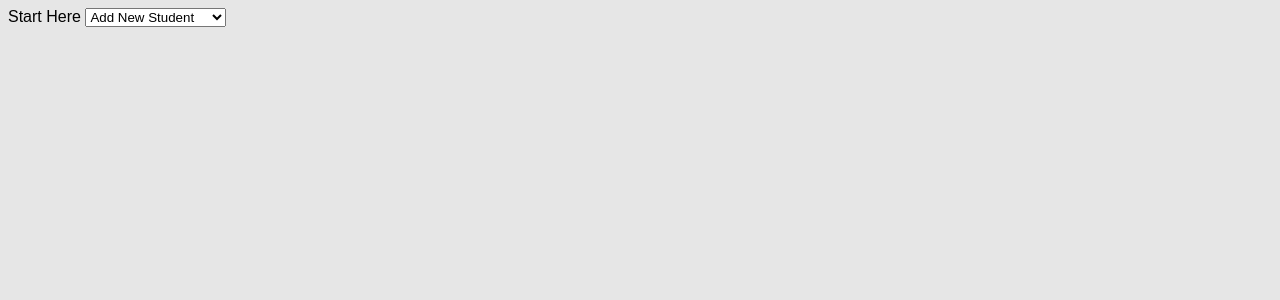
Repository: beremts12/AddStudent_site
Page: startHere_index.html
The author's editor kept a record of every edit. The page is drawn from the files as they stood at one moment, then again after the next edit.
The browser window is 1280 px wide. The pictures show the whole page.

Above is the page before.
Console error: SyntaxError: missing ) after argument list

### startHere_index.html
<!DOCTYPE html>
<html lang="en">
    <head>
        <meta charset="utf-8">
        <link rel="stylesheet" href="style.css" type="text/css" />
        <link rel="stylesheet" href="styles/jquery-ui.min.css" /> <!-- css ui core library v.1.11.4-->

    <script src="scripts/jquery.js"></script><!-- javascript core library, must initialize before ui library v.1.11.4-->
    <script src="scripts/jquery-ui.min.js"></script>
        <title>Search Here</title>
        <script type="text/javascript" src="/scripts/startMenu.js"></script>

</head>
<body>
    <form action="input.php" method="post">
    <label for="menu">Start Here<label>
    <select name="files" id=menu>
        <optgroup label="Forms">
            <option value="Add New Student">Add New Student

            </option>

        </optgroup>

    </select>






</body>
</html

### style.css
body {
	font-family: Arial;
	background-color: rgb(230,230,230);
}
h1 {
	font-family: Arial;
	color: red;

}

### scripts/startMenu.js
//dropdown menu
$(function() {
    $("#files" ).selectmenu();
    }

Loaded but not shown: styles/jquery-ui.min.css (library); scripts/jquery.js (library); scripts/jquery-ui.min.js (library)

After the next edit:
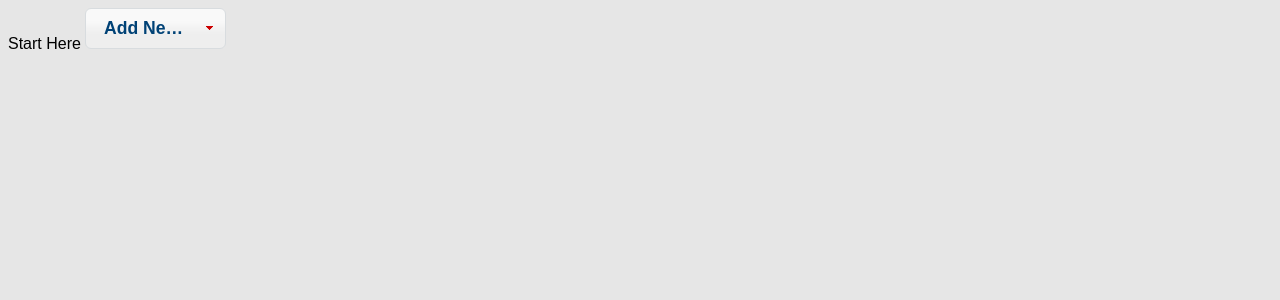
The error is gone.
The edit:
--- a/scripts/startMenu.js
+++ b/scripts/startMenu.js
@@ -1,4 +1,4 @@
 //dropdown menu
 $(function() {
-    $("#files" ).selectmenu();
-    }
+    $("#menu" ).selectmenu();
+    });
